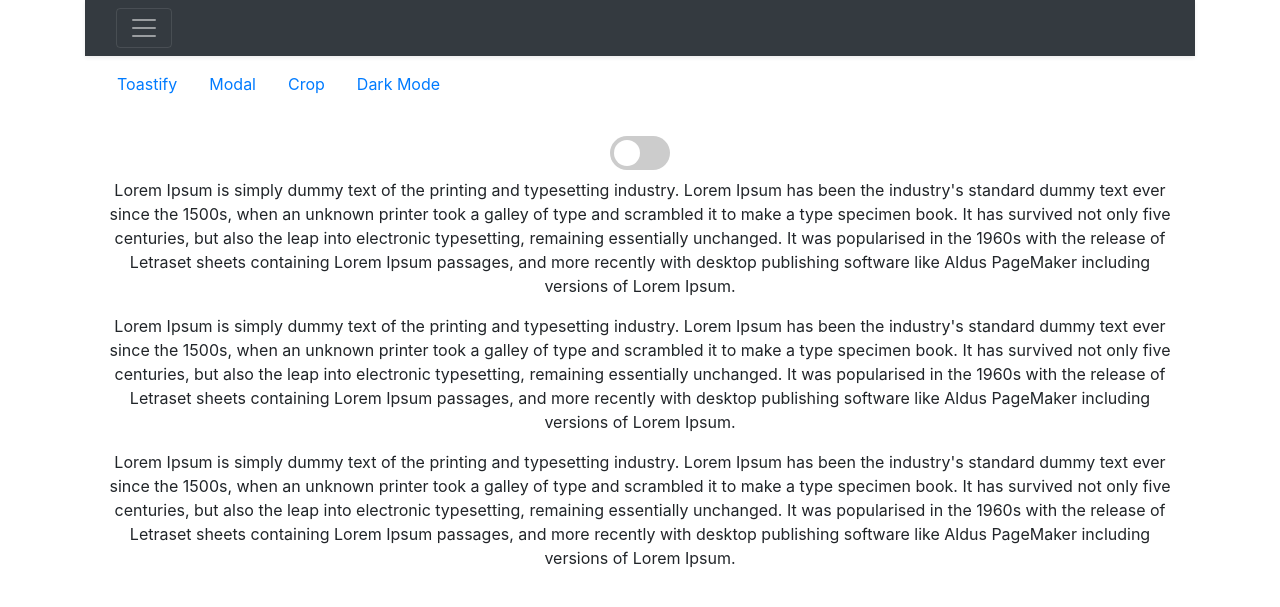
Repository: shankaraswal/react-multiple-ex
Page: /dark
The author's editor kept a copy of each file at every save. The page is drawn from the files as they stood at one save, then again after the next save.
The browser window is 1280 px wide. The pictures show the whole page.
The project was rebuilt for these pictures with package versions that can differ from the ones it lists, and the page was loaded fresh each time. Also part of the build but not shown: src/components/Toastify/Toastify.js, src/components/ModalPop/ModalPop.js.

Above is the page before, as saved 2020-02-04 19:10:22.

After the next save:
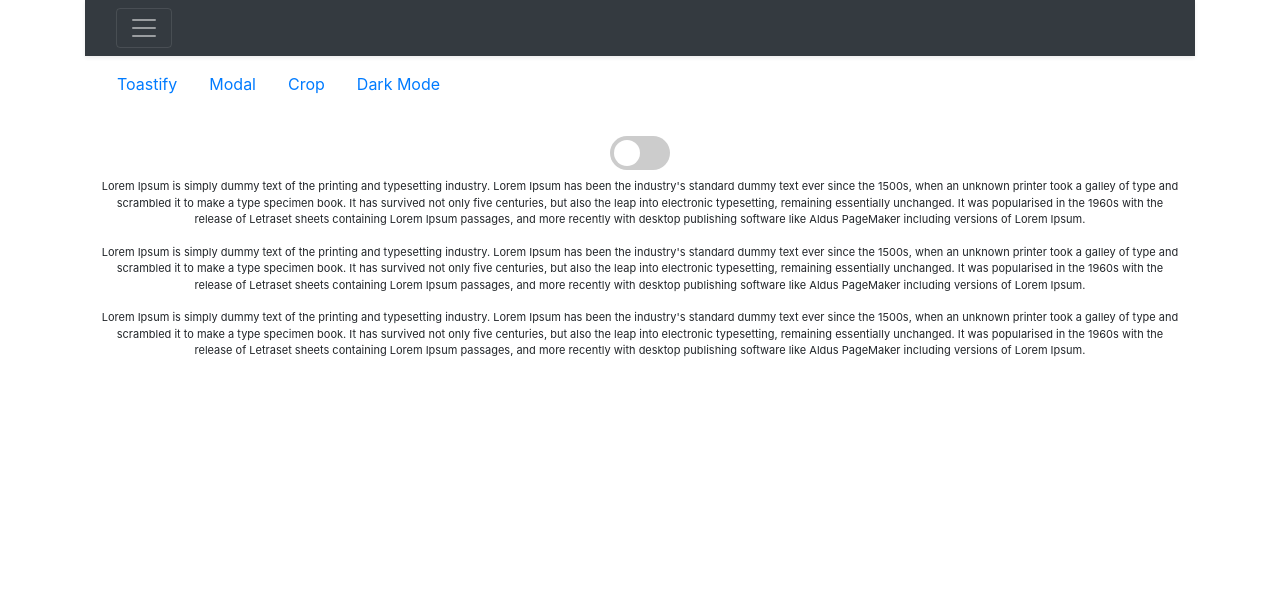
Saved 16 s later.
--- a/src/components/DarkMode/DarkMode.js
+++ b/src/components/DarkMode/DarkMode.js
@@ -6,7 +6,7 @@ function DarkMode() {
   const [dark, setDark] = useState(false);
 
   return (
-    <div className={dark? "dark-mode": ""}>
+    <div className={dark? "dark-mode on": "dark-mode off"}>
       <label className="switch">
         <input type="checkbox" onChange={()=>(setDark(!dark))} />
       <span className="slider round"></span>
